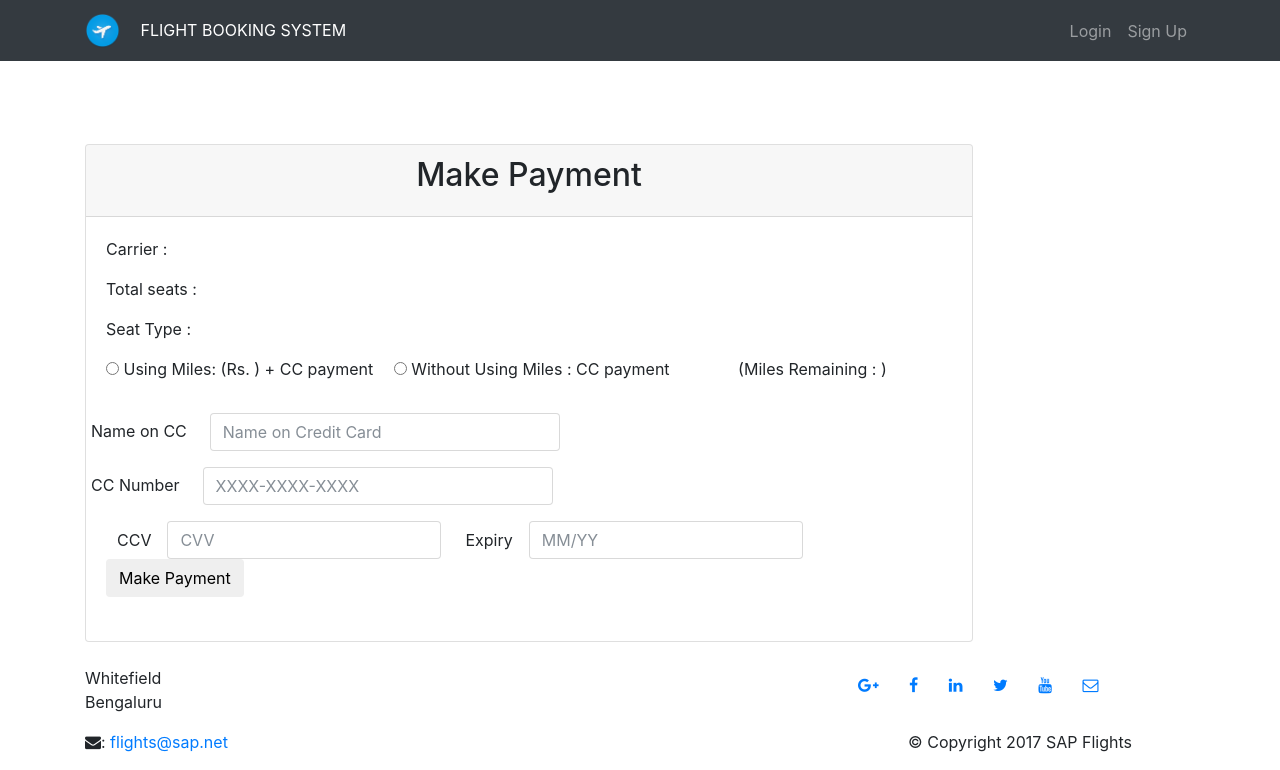
Repository: yashtatia/Spring-Practice
Page: http://localhost/FitnessTracker/WEB-INF/jsp/makePayment.jsp
The author's editor kept a copy of each file at every save. The page is drawn from the files as they stood at one save, then again after the next save.
The browser window is 1280 px wide. The pictures show the whole page.
Some web libraries are served in a nearby version. The page is served by Tomcat 9. Nobody is signed in. Other server files are loaded and not shown. The template is opened directly, without the code that normally fills it, so the values that code supplies are empty.

Above is the page before, as saved 2017-09-06 07:33:50.
Console error: SyntaxError: Unexpected token ';'

### FitnessTracker/src/main/webapp/WEB-INF/jsp/makePayment.jsp
<%@ taglib prefix="spring" uri="http://www.springframework.org/tags" %>
<%@ taglib prefix="form" uri="http://www.springframework.org/tags/form" %>

<jsp:include page="header.jsp" />
	<br>
	<br>
	<br>
	<br>
	<br>
	<br>
	<div class="container">
		<div class="card" style="max-width: 80%;" >
			<div class="card-header">
				<h2 class="card-title" align="center">Make Payment</h2>
			</div>
			<div class="card-block">
				<div class="card-body">
						<p>Carrier : ${flightSelected.airline}</p>
						<p>Total seats : ${flightSelected.seats}</p>
						<p>Seat Type : ${flightSelected.seat_class}</p>

						<form:form commandName="payment" class="form-horizontal" method="POST">

							  <label class="radio-inline" >
							    <form:radiobutton path="payment_choice" name="payment_choice" value="1" />
							     Using Miles: ${miles_used} (Rs. ${discount}) + ${fare_with_miles}  CC payment

							  </label>


							  <label class="radio-inline mx-3">
							    <form:radiobutton path="payment_choice" name="payment_choice" value="2" />
							    Without Using Miles : ${fare_without_miles}	CC payment
							  </label>
							  <label class="mx-5">
							  	(Miles Remaining : ${miles_remaining})
							  </label>

							<br />
							<br/>

							<div class="form-group row">
							    <label for="input1" class="col-xs-3 col-form-label mr-2">Name on CC</label>
							    <div class="col-sm-10">
							      <form:input path="cc_name" type="text" name="cc_name" id="cc_name" placeholder="Name on Credit Card" class="form-control" style="max-width: 50%;" />
							    </div>
							</div>
							<div class="form-group row">
							    <label for="input2" class="col-xs-3 col-form-label mr-2">CC Number</label>
							    <div class="col-sm-10">
							      <form:input path="cc_number" type="text" name="cc_number" id="cc_number" placeholder="XXXX-XXXX-XXXX" class="form-control" style="max-width: 50%;" />
							    </div>
							</div>
							<div class="form-row">
									<div class="form-inline">
										<label class="mr-sm-2 mb-0 mx-md-3" for="cvv">CCV</label>
											<form:input path="cc_cvv" type="password" name="cc_cvv" id="cc_cvv" placeholder="CVV" class="form-control mr-sm-2 mb-2 mb-sm-0"  />
									<label class="mr-sm-2 mb-0 mx-md-3" for="last_name">Expiry</label>
											<form:input path="cc_expiry"  type="text" class="form-control mr-sm-2 mb-2 mb-sm-0" name="cc_expiry" id="cc_expiry" placeholder="MM/YY"/>
									</div>
							</div>


							<form:hidden path="flight_id"  name="flight_id" value="${flightSelected.flight_id}" />
							<form:hidden path="seat_type" name="seat_type" value="${flightSelected.seat_class_abbrev}" />
							<form:hidden path="seats" name="seats" value="${flightSelected.seats}" />
							<form:hidden path="fare_with_miles" name="fare_with_miles" value="${fare_with_miles}" />
							<form:hidden path="fare_without_miles" name="fare_without_miles" value="${fare_without_miles}" />
							<form:hidden path="miles_used" name="miles_used" value="${miles_used}" />
							<form:hidden path="miles_remaining" name="miles_remaining" value="${miles_remaining}" />
							<form:hidden path="miles_earned" name="miles_earned" value="${miles_earned}" />

							<button type="submit" name="" value="Make Payment" class="btn btn-default col-lg-offset-10" >Make Payment</button>
						</form:form>
				</div>

			</div>

			<br />



		</div>
	</div>
	<br/>

<jsp:include page="footer.jsp" />
<script type="text/javascript">
		$( document ).ready(function() {
		    preProcess();
		});

		function preProcess(){
			if($('input[name=payment_choice]:checked').val() == "with_miles"){
				var cc_remaining = ${fare_with_miles};
				if(cc_remaining == 0){
					$("#cc_name").prop("disabled", true);
					$("#cc_number").prop("disabled", true);
					$("#cc_cvv").prop("disabled", true);
					$("#cc_expiry").prop("disabled", true);
				}
			}
		}

		$('input[name=payment_choice]').on('change', function() {
			if($('input[name=payment_choice]:checked').val() == "with_miles"){
				var cc_remaining = ${fare_with_miles};
				if(cc_remaining == 0){
					$("#cc_name").prop("disabled", true);
					$("#cc_number").prop("disabled", true);
					$("#cc_cvv").prop("disabled", true);
					$("#cc_expiry").prop("disabled", true);
				}
			}else{
				$("#cc_name").prop("disabled", false);
				$("#cc_number").prop("disabled", false);
				$("#cc_cvv").prop("disabled", false);
				$("#cc_expiry").prop("disabled", false);
			}
		});
	</script>

### FitnessTracker/src/main/webapp/WEB-INF/jsp/header.jsp
<%@ taglib prefix="c" uri="http://java.sun.com/jsp/jstl/core"%>
<%@ taglib prefix="form" uri="http://www.springframework.org/tags/form" %>
<%@ taglib prefix="spring" uri="http://www.springframework.org/tags" %>
<!DOCTYPE html>
<html>
<head>
	<meta charset="utf-8">
    <meta http-equiv="X-UA-Compatible" content="IE=edge">
    <meta name="viewport" content="width=device-width, initial-scale=1, shrink-to-fit=no">
	<title>Search Flights</title>
	<link rel="stylesheet" href="https://maxcdn.bootstrapcdn.com/bootstrap/4.0.0-beta/css/bootstrap.min.css" integrity="sha384-/Y6pD6FV/Vv2HJnA6t+vslU6fwYXjCFtcEpHbNJ0lyAFsXTsjBbfaDjzALeQsN6M" crossorigin="anonymous">
	<link href="https://maxcdn.bootstrapcdn.com/font-awesome/4.7.0/css/font-awesome.min.css" rel="stylesheet">
	<link rel="stylesheet" type="text/css" href="assets/css/jquery-ui.css">
</head>
<body>

	 <nav class="navbar navbar-expand-md navbar-dark bg-dark fixed-top">
            <div class="container">
                <div class="navbar-header">
	                <span><a class="navbar-brand" href="index.jsp"><img src="assets/img/sap.png" height=35 width=35></a></span>
	                <span style="color: white;">FLIGHT BOOKING SYSTEM</span>
                </div>

                <c:choose>
    				<c:when test="${not logInForm.loggedIn || logInForm == null}">
                       <ul class="navbar-nav bd-navbar-nav" style="cursor: pointer;">
	                        <li class="nav-item"><a class="nav-link" data-toggle="modal" data-target="#loginModal" id="login"><span class="glyphicon glyphicon-log-in"></span> Login</a></li>
	                        <li class="nav-item"><a class="nav-link" href="signUp.html"><span class="glyphicon glyphicon-log-in"></span> Sign Up</a></li>
	                    </ul>
	    			</c:when>
	    			<c:otherwise>
	                    <ul class="navbar-nav bd-navbar-nav" style="cursor: pointer;">
	                        <li class="nav-item dropdown">
	                            <a href="#" class="nav-link dropdown-toggle" data-toggle="dropdown"
	                             role="button" aria-haspopup="true" aria-expanded="false" style="color: white; ">
	                             <i class="fa fa-user-o" aria-hidden="true"></i>  ${userForm.fname} ${userForm.lname} <span class="caret"></span></a>
	                            <ul class="dropdown-menu">
	                                <li><a class="dropdown-item" href="#">Your Miles : ${userForm.air_miles}</a></li>
	                                <li><a class="dropdown-item" href="myBookings.html">MyBookings</a></li>
	                                <li><a class="dropdown-item" href="logout.html">Logout</a></li>
	                            </ul>
	                        </li>
	                    </ul>
	                </c:otherwise>
                </c:choose>


                </div>
        </nav>

    <c:if test="${logInForm.loggedIn == false || logInForm == null}">

	    <div id="loginModal" class="modal fade " role="dialog" aria-labelledby="loginModal" aria-hidden="true">
	        <div class="modal-dialog" style="max-width: 650px !important;">
	        <!-- Modal content-->
	        <div class="modal-content">
	            <div class="modal-header">
	                <h5 class="modal-title" id="exampleModalLabel">Login</h5>
			     	   <button type="button" class="close" data-dismiss="modal" aria-label="Close">
			        	  <span aria-hidden="true">&times;</span>
			       	 </button>
	            </div>
		        <div class="modal-body">
		            <form:form modelAttribute="logInForm" class="form-inline" id="loginForm" action="logIn.html" method="POST">
		                <div class="form-group">
		                    <label class="sr-only" for="InputEmail">Email address</label>
		                    <form:input path="username" type="email" class="form-control" id="Email" placeholder="Email" name="email" />
		                </div>
		                <div class="form-group mx-sm-3">
		                    <label class="sr-only" for="Password">Password</label>
		                    <form:input path="password" type="password" class="form-control" id="Password" placeholder="Password" name="password" />
		                </div>

	            		<div class="form-group mx-sm-3">
	            			<button type="button" class="btn btn-default btn-danger pull-right" data-dismiss="modal">Cancel</button>
		                	<button type="submit" class="btn btn-default btn-info pull-right">Sign in</button>
	            		</div>


	            	</form:form>
				</div>

	        </div>
	        </div>
	    </div>

    </c:if>

### FitnessTracker/src/main/webapp/WEB-INF/jsp/footer.jsp

	<footer class="row-footer">
        <div class="container">
            <div class="row row-content">

                <div class="col-md-8">
                    <address>
		              Whitefield<br>
		              Bengaluru<br>

                    </address>
                </div>
                <div class="col-md-4">
                    <div >
                        <a class="btn btn-social-icon btn-google-plus" href="http://google.com/+"><i class="fa fa-google-plus"></i></a>
                        <a class="btn btn-social-icon btn-facebook" href="http://www.facebook.com/profile.php?id="><i class="fa fa-facebook"></i></a>
                        <a class="btn btn-social-icon btn-linkedin" href="http://www.linkedin.com/in/"><i class="fa fa-linkedin"></i></a>
                        <a class="btn btn-social-icon btn-twitter" href="http://twitter.com/"><i class="fa fa-twitter"></i></a>
                        <a class="btn btn-social-icon btn-youtube" href="http://youtube.com/"><i class="fa fa-youtube"></i></a>
                        <a class="btn btn-social-icon" href="mailto:"><i class="fa fa-envelope-o"></i></a>
                    </div>
                </div>
             </div>
             <div class="row row-content">
                <div class="col-md-8">
		              <i class="fa fa-envelope"></i>:
                         <a href="mailto:flights@sap.net">
                         flights@sap.net</a>
                </div>
                <div class="col-md-4">
                    <p align=center> &copy; Copyright 2017 SAP Flights</p>
                </div>
             </div>
        </div>
    </footer>




<script src="https://code.jquery.com/jquery-3.2.1.slim.min.js" integrity="sha384-KJ3o2DKtIkvYIK3UENzmM7KCkRr/rE9/Qpg6aAZGJwFDMVNA/GpGFF93hXpG5KkN" crossorigin="anonymous"></script>
<script type="text/javascript" src="http://code.jquery.com/jquery-3.2.1.min.js"></script>
<script type="text/javascript" src="assets/js/jquery-ui.min.js"></script>
<script src="https://cdnjs.cloudflare.com/ajax/libs/popper.js/1.11.0/umd/popper.min.js" integrity="sha384-b/U6ypiBEHpOf/4+1nzFpr53nxSS+GLCkfwBdFNTxtclqqenISfwAzpKaMNFNmj4" crossorigin="anonymous"></script>
<script src="https://maxcdn.bootstrapcdn.com/bootstrap/4.0.0-beta/js/bootstrap.min.js" integrity="sha384-h0AbiXch4ZDo7tp9hKZ4TsHbi047NrKGLO3SEJAg45jXxnGIfYzk4Si90RDIqNm1" crossorigin="anonymous"></script>

<script>
        $().button('toggle');
        $(document).ready(function(){
            $("#login").click(function(){
                console.log("yo!");
                $("#loginModal").modal();
            });
        });

        $(document).ready(function(){
            $("#table").click(function(){
                $("#tableModal").modal();
            });
        });
</script>
</body>
</html>

Loaded but not shown: FitnessTracker/src/main/webapp/assets/css/jquery-ui.css (library); FitnessTracker/src/main/webapp/assets/js/jquery-ui.min.js (library)

After the next save:
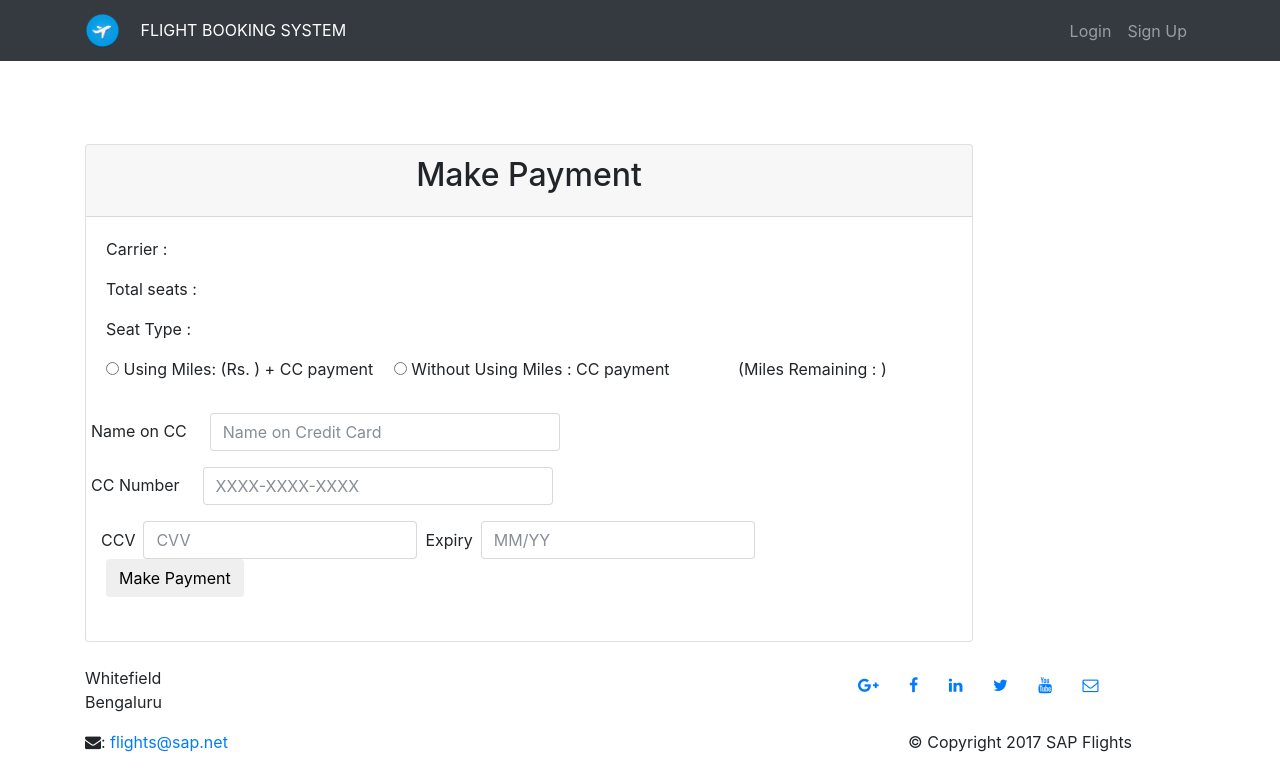
Saved 11 s later.
--- a/FitnessTracker/src/main/webapp/WEB-INF/jsp/makePayment.jsp
+++ b/FitnessTracker/src/main/webapp/WEB-INF/jsp/makePayment.jsp
@@ -53,9 +53,9 @@
 							</div>
 							<div class="form-row">
 									<div class="form-inline">
-										<label class="mr-sm-2 mb-0 mx-md-3" for="cvv">CCV</label>
+										<label class="mr-sm-2 mb-0" for="cvv">CCV</label>
 											<form:input path="cc_cvv" type="password" name="cc_cvv" id="cc_cvv" placeholder="CVV" class="form-control mr-sm-2 mb-2 mb-sm-0"  />
-									<label class="mr-sm-2 mb-0 mx-md-3" for="last_name">Expiry</label>
+									<label class="mr-sm-2 mb-0" for="last_name">Expiry</label>
 											<form:input path="cc_expiry"  type="text" class="form-control mr-sm-2 mb-2 mb-sm-0" name="cc_expiry" id="cc_expiry" placeholder="MM/YY"/>
 									</div>
 							</div>
